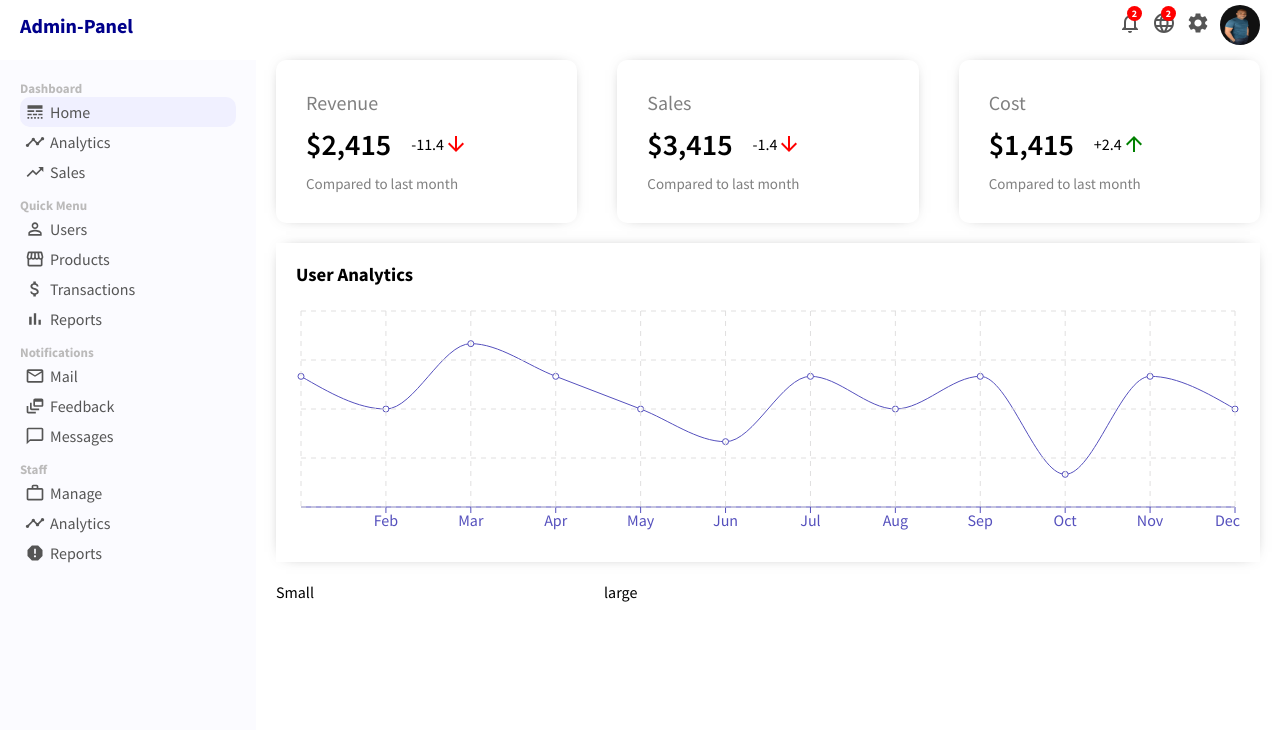
Repository: Samkiroko/admin-panel-ui
Page: /
These files come from the project's save history. The page is drawn as it stood at one moment and after the next save; the edit follows.
The browser window is 1280 px wide. The pictures show the whole page.
The project was rebuilt for these pictures with package versions that can differ from the ones it lists, and the page was loaded fresh each time.

Above is the page before, as saved 2021-09-22 21:19:27.

### public/index.html
<!DOCTYPE html>
<html lang="en">
  <head>
    <meta charset="utf-8" />

    <meta name="viewport" content="width=device-width, initial-scale=1" />
    <meta name="theme-color" content="#000000" />
    <meta
      name="description"
      content="Web site created using create-react-app"
    />
    <link rel="preconnect" href="https://fonts.googleapis.com" />
    <link rel="preconnect" href="https://fonts.gstatic.com" crossorigin />
    <link
      href="https://fonts.googleapis.com/css2?family=Source+Sans+Pro:wght@200;300;400;600;700;900&display=swap"
      rel="stylesheet"
    />

    <style>
      * {
        font-family: "Source Sans Pro", sans-serif;
        margin: 0;
      }
    </style>
    <title>React admin panel</title>
  </head>

  <body>
    <noscript>You need to enable JavaScript to run this app.</noscript>
    <div id="root"></div>
  </body>
</html>

### src/App.js
import Sidebar from './components/sidebar/Sidebar'
import Topbar from './components/topbar/Topbar'
import './app.css'
import Home from './pages/home/Home'

function App() {
  return (
    <div className='App'>
      <Topbar />
      <div className='container'>
        <Sidebar />
        <Home />
      </div>
    </div>
  )
}

export default App

### src/components/sidebar/Sidebar.js
import {
  LineStyle,
  Timeline,
  TrendingUp,
  PermIdentity,
  Storefront,
  AttachMoney,
  BarChart,
  MailOutline,
  DynamicFeed,
  ChatBubbleOutline,
  WorkOutline,
  Report,
} from '@material-ui/icons'
import React from 'react'
import './sidebar.css'

const Sidebar = () => {
  return (
    <div className='sidebar'>
      <div className='sidebarWrapper'>
        <div className='sidebarMenu'>
          <h3 className='sidebarTitle'>Dashboard</h3>
          <ul className='sidebarList'>
            <li className='sidebarListItem active'>
              <LineStyle className='sidebarIcon' />
              Home
            </li>

            <li className='sidebarListItem'>
              <Timeline className='sidebarIcon' />
              Analytics
            </li>
            <li className='sidebarListItem'>
              <TrendingUp className='sidebarIcon' />
              Sales
            </li>
          </ul>
        </div>
        <div className='sidebarMenu'>
          <h3 className='sidebarTitle'>Quick Menu</h3>
          <ul className='sidebarList'>
            <li className='sidebarListItem'>
              <PermIdentity className='sidebarIcon' />
              Users
            </li>

            <li className='sidebarListItem'>
              <Storefront className='sidebarIcon' />
              Products
            </li>

            <li className='sidebarListItem'>
              <AttachMoney className='sidebarIcon' />
              Transactions
            </li>
            <li className='sidebarListItem'>
              <BarChart className='sidebarIcon' />
              Reports
            </li>
          </ul>
        </div>
        <div className='sidebarMenu'>
          <h3 className='sidebarTitle'>Notifications</h3>
          <ul className='sidebarList'>
            <li className='sidebarListItem'>
              <MailOutline className='sidebarIcon' />
              Mail
            </li>
            <li className='sidebarListItem'>
              <DynamicFeed className='sidebarIcon' />
              Feedback
            </li>
            <li className='sidebarListItem'>
              <ChatBubbleOutline className='sidebarIcon' />
              Messages
            </li>
          </ul>
        </div>
        <div className='sidebarMenu'>
          <h3 className='sidebarTitle'>Staff</h3>
          <ul className='sidebarList'>
            <li className='sidebarListItem'>
              <WorkOutline className='sidebarIcon' />
              Manage
            </li>
            <li className='sidebarListItem'>
              <Timeline className='sidebarIcon' />
              Analytics
            </li>
            <li className='sidebarListItem'>
              <Report className='sidebarIcon' />
              Reports
            </li>
          </ul>
        </div>
      </div>
    </div>
  )
}

export default Sidebar

### src/components/topbar/Topbar.js
import React from 'react'
import './topbar.css'
import { Language, NotificationsNone, Settings } from '@material-ui/icons'
import avatar from '../../images/sam_pic.jpeg'
const Topbar = () => {
  return (
    <div className='topbar'>
      <div className='topbarWrapper'>
        <div className='topLeft'>
          <span className='logo'>Admin-Panel</span>
        </div>
        <div className='topRight'>
          <div className='topbarIconContainer'>
            <NotificationsNone />
            <span className='topIconBadge'>2</span>
          </div>
          <div className='topbarIconContainer'>
            <Language />
            <span className='topIconBadge'>2</span>
          </div>
          <div className='topbarIconContainer'>
            <Settings />
          </div>
          <img src={avatar} alt='avatar' className='topAvatar' />
        </div>
      </div>
    </div>
  )
}

export default Topbar

### src/app.css
.container {
    display: flex;
    margin-top: 10px;
}

### src/pages/home/Home.js
import React from 'react'
import Chart from '../../components/chart/Chart'
import FeatureInfo from '../../components/featuredInfo/FeatureInfo'
import './home.css'
import { userData } from '../../dummyData'
import WidgetLg from '../../components/widgetLg/WidgetLg'
import WidgetSm from '../../components/widgetSm/WidgetSm'

const Home = () => {
  return (
    <div className='home'>
      <FeatureInfo />
      <Chart data={userData} title='User Analytics' grid dataKey='Active User' />
      <div className='homeWidgets'>
        <WidgetSm />
        <WidgetLg />
      </div>
    </div>
  )
}

export default Home

### src/components/sidebar/sidebar.css
.sidebar {
    flex: 1;
    height: calc(100vh - 50px);
    background-color: rgb(251, 251, 255);
    position: sticky;
    top: 50px;
}

.sidebarWrapper {
    padding: 20px;
    color: #555;
}

.sidebarMenu {
    margin-bottom: 10px;
}

.sidebarTitle {
    font-size: 13px;
    color: rgb(187, 186, 186);
}

.sidebarList {
    list-style: none;
    padding: 0;
}

.sidebarListItem {
    padding: 5px;
    cursor: pointer;
    display: flex;
    align-items: center;
    border-radius: 10px;
}

.sidebarListItem.active,
.sidebarListItem:hover {
    background-color: rgb(240, 240, 255);
}

.sidebarIcon {
    margin-right: 5px;
    font-size: 20px !important;
}

### src/components/topbar/topbar.css
.topbar {
    width: 100%;
    height: 50px;
    background-color: white;
    position: sticky;
    top: 0;
    z-index: 999;
}

.topbarWrapper {
    height: 100%;
    padding: 0px 20px;
    display: flex;
    align-items: center;
    justify-content: space-between;
}

.logo {
    font-weight: bold;
    font-size: 20px;
    color: darkblue;
    cursor: pointer;
}

.topbarIconContainer {
    position: relative;
    align-items: center;
    margin-right: 10px;
    color: #555;
}

.topIconBadge {
    width: 15px;
    height: 15px;
    position: absolute;
    top: -5px;
    right: 0px;
    background-color: red;
    color: white;
    border-radius: 50%;
    display: flex;
    align-items: center;
    justify-content: center;
    font-size: 10px;
    font-weight: bold;
}

.topRight {
    display: flex;
    align-items: center;
    cursor: pointer;
}

.topAvatar {
    width: 40px;
    height: 40px;
    border-radius: 50%;
    cursor: pointer;
}

### src/components/chart/Chart.js
import './chart.css'
import { LineChart, Line, XAxis, CartesianGrid, Tooltip, ResponsiveContainer } from 'recharts'

export default function Chart({ title, data, dataKey, grid }) {
  return (
    <div className='chart'>
      <h3 className='chartTitle'>{title}</h3>
      <ResponsiveContainer width='100%' aspect={4 / 1}>
        <LineChart data={data}>
          <XAxis dataKey='name' stroke='#5550bd' />
          <Line type='monotone' dataKey={dataKey} stroke='#5550bd' />
          <Tooltip />
          {grid && <CartesianGrid stroke='#e0dfdf' strokeDasharray='5 5' />}
        </LineChart>
      </ResponsiveContainer>
    </div>
  )
}

### src/components/featuredInfo/FeatureInfo.js
import { ArrowDownward, ArrowUpward } from '@material-ui/icons'
import React from 'react'
import './featureInfo.css'

const FeatureInfo = () => {
  return (
    <div className='featured'>
      <div className='featuredItem'>
        <span className='featuredTitle'>Revenue</span>
        <div className='featuredMoneyContainer'>
          <span className='featuredMoney'>$2,415</span>
          <span className='featuredMoneyRate'>
            -11.4
            <ArrowDownward className='featuredIcon negative' />
          </span>
        </div>
        <span className='featuredSub'>Compared to last month</span>
      </div>
      <div className='featuredItem'>
        <span className='featuredTitle'>Sales</span>
        <div className='featuredMoneyContainer'>
          <span className='featuredMoney'>$3,415</span>
          <span className='featuredMoneyRate'>
            -1.4
            <ArrowDownward className='featuredIcon negative' />
          </span>
        </div>
        <span className='featuredSub'>Compared to last month</span>
      </div>{' '}
      <div className='featuredItem'>
        <span className='featuredTitle'>Cost</span>
        <div className='featuredMoneyContainer'>
          <span className='featuredMoney'>$1,415</span>
          <span className='featuredMoneyRate'>
            +2.4
            <ArrowUpward className='featuredIcon ' />
          </span>
        </div>
        <span className='featuredSub'>Compared to last month</span>
      </div>
    </div>
  )
}

export default FeatureInfo

### src/dummyData.js
export const userData = [
  {
    name: 'Jan',
    'Active User': 4000,
  },
  {
    name: 'Feb',
    'Active User': 3000,
  },
  {
    name: 'Mar',
    'Active User': 5000,
  },
  {
    name: 'Apr',
    'Active User': 4000,
  },
  {
    name: 'May',
    'Active User': 3000,
  },
  {
    name: 'Jun',
    'Active User': 2000,
  },
  {
    name: 'Jul',
    'Active User': 4000,
  },
  {
    name: 'Aug',
    'Active User': 3000,
  },
  {
    name: 'Sep',
    'Active User': 4000,
  },
  {
    name: 'Oct',
    'Active User': 1000,
  },
  {
    name: 'Nov',
    'Active User': 4000,
  },
  {
    name: 'Dec',
    'Active User': 3000,
  },
]

export const productData = [
  {
    name: 'Jan',
    Sales: 4000,
  },
  {
    name: 'Feb',
    Sales: 3000,
  },
  {
    name: 'Mar',
    Sales: 5000,
  },
]

export const userRows = [
  {
    id: 1,
    username: 'Jon Snow',
    avatar: 'https://images.pexels.com/photos/1152994/pexels-photo-1152994.jpeg?auto=compress&cs=tinysrgb&dpr=2&w=500',
    email: 'jon@gmail.com',
    status: 'active',
    transaction: '$120.00',
  },
  {
    id: 2,
    username: 'Jon Snow',
    avatar: 'https://images.pexels.com/photos/1152994/pexels-photo-1152994.jpeg?auto=compress&cs=tinysrgb&dpr=2&w=500',
    email: 'jon@gmail.com',
    status: 'active',
    transaction: '$120.00',
  },
  {
    id: 3,
    username: 'Jon Snow',
    avatar: 'https://images.pexels.com/photos/1152994/pexels-photo-1152994.jpeg?auto=compress&cs=tinysrgb&dpr=2&w=500',
    email: 'jon@gmail.com',
    status: 'active',
    transaction: '$120.00',
  },
  {
    id: 4,
    username: 'Jon Snow',
    avatar: 'https://images.pexels.com/photos/1152994/pexels-photo-1152994.jpeg?auto=compress&cs=tinysrgb&dpr=2&w=500',
    email: 'jon@gmail.com',
    status: 'active',
    transaction: '$120.00',
  },
  {
    id: 5,
    username: 'Jon Snow',
    avatar: 'https://images.pexels.com/photos/1152994/pexels-photo-1152994.jpeg?auto=compress&cs=tinysrgb&dpr=2&w=500',
    email: 'jon@gmail.com',
    status: 'active',
    transaction: '$120.00',
  },
  {
    id: 6,
    username: 'Jon Snow',
    avatar: 'https://images.pexels.com/photos/1152994/pexels-photo-1152994.jpeg?auto=compress&cs=tinysrgb&dpr=2&w=500',
    email: 'jon@gmail.com',
    status: 'active',
    transaction: '$120.00',
  },
  {
    id: 7,
    username: 'Jon Snow',
    avatar: 'https://images.pexels.com/photos/1152994/pexels-photo-1152994.jpeg?auto=compress&cs=tinysrgb&dpr=2&w=500',
    email: 'jon@gmail.com',
    status: 'active',
    transaction: '$120.00',
  },
  {
    id: 8,
    username: 'Jon Snow',
    avatar: 'https://images.pexels.com/photos/1152994/pexels-photo-1152994.jpeg?auto=compress&cs=tinysrgb&dpr=2&w=500',
    email: 'jon@gmail.com',
    status: 'active',
    transaction: '$120.00',
  },
  {
    id: 9,
    username: 'Jon Snow',
    avatar: 'https://images.pexels.com/photos/1152994/pexels-photo-1152994.jpeg?auto=compress&cs=tinysrgb&dpr=2&w=500',
    email: 'jon@gmail.com',
    status: 'active',
    transaction: '$120.00',
  },
  {
    id: 10,
    username: 'Jon Snow',
    avatar: 'https://images.pexels.com/photos/1152994/pexels-photo-1152994.jpeg?auto=compress&cs=tinysrgb&dpr=2&w=500',
    email: 'jon@gmail.com',
    status: 'active',
    transaction: '$120.00',
  },
]

export const productRows = [
  {
    id: 1,
    name: 'Apple Airpods',
    img: 'https://images.pexels.com/photos/7156886/pexels-photo-7156886.jpeg?auto=compress&cs=tinysrgb&dpr=2&w=500',
    stock: 123,
    status: 'active',
    price: '$120.00',
  },
  {
    id: 2,
    name: 'Apple Airpods',
    img: 'https://images.pexels.com/photos/7156886/pexels-photo-7156886.jpeg?auto=compress&cs=tinysrgb&dpr=2&w=500',
    stock: 123,
    status: 'active',
    price: '$120.00',
  },
  {
    id: 3,
    name: 'Apple Airpods',
    img: 'https://images.pexels.com/photos/7156886/pexels-photo-7156886.jpeg?auto=compress&cs=tinysrgb&dpr=2&w=500',
    stock: 123,
    status: 'active',
    price: '$120.00',
  },
  {
    id: 4,
    name: 'Apple Airpods',
    img: 'https://images.pexels.com/photos/7156886/pexels-photo-7156886.jpeg?auto=compress&cs=tinysrgb&dpr=2&w=500',
    stock: 123,
    status: 'active',
    price: '$120.00',
  },
  {
    id: 5,
    name: 'Apple Airpods',
    img: 'https://images.pexels.com/photos/7156886/pexels-photo-7156886.jpeg?auto=compress&cs=tinysrgb&dpr=2&w=500',
    stock: 123,
    status: 'active',
    price: '$120.00',
  },
  {
    id: 6,
    name: 'Apple Airpods',
    img: 'https://images.pexels.com/photos/7156886/pexels-photo-7156886.jpeg?auto=compress&cs=tinysrgb&dpr=2&w=500',
    stock: 123,
    status: 'active',
    price: '$120.00',
  },
  {
    id: 7,
    name: 'Apple Airpods',
    img: 'https://images.pexels.com/photos/7156886/pexels-photo-7156886.jpeg?auto=compress&cs=tinysrgb&dpr=2&w=500',
    stock: 123,
    status: 'active',
    price: '$120.00',
  },
  {
    id: 8,
    name: 'Apple Airpods',
    img: 'https://images.pexels.com/photos/7156886/pexels-photo-7156886.jpeg?auto=compress&cs=tinysrgb&dpr=2&w=500',
    stock: 123,
    status: 'active',
    price: '$120.00',
  },
  {
    id: 9,
    name: 'Apple Airpods',
    img: 'https://images.pexels.com/photos/7156886/pexels-photo-7156886.jpeg?auto=compress&cs=tinysrgb&dpr=2&w=500',
    stock: 123,
    status: 'active',
    price: '$120.00',
  },
  {
    id: 10,
    name: 'Apple Airpods',
    img: 'https://images.pexels.com/photos/7156886/pexels-photo-7156886.jpeg?auto=compress&cs=tinysrgb&dpr=2&w=500',
    stock: 123,
    status: 'active',
    price: '$120.00',
  },
]

### src/components/widgetLg/WidgetLg.js
import React from 'react'
import './widgetLg.css'

const WidgetLg = () => {
  return <div className='widgetLg'>large</div>
}

export default WidgetLg

### src/components/widgetSm/WidgetSm.js
import React from 'react'
import './widgetSm.css'

const WidgetSm = () => {
  return <div className='widgetSg'>Small</div>
}

export default WidgetSm

### src/components/chart/chart.css
.chart {
    margin: 20px;
    padding: 20px;
    cursor: pointer;
    -webkit-box-shadow: 0px 0px 15px -10px rgba(0, 0, 0, 0.75);
    box-shadow: 0px 0px 15px -10px rgba(0, 0, 0, 0.75);
}

.chartTitle {
    margin-bottom: 20px;
}

### src/components/featuredInfo/featureInfo.css
.featured {
    width: 100%;
    display: flex;
    justify-content: space-between;
}

.featuredItem {
    flex: 1;
    margin: 0px 20px;
    padding: 30px;
    border-radius: 10px;
    cursor: pointer;
    -webkit-box-shadow: 0px 0px 15px -10px rgba(0, 0, 0, 0.75);
    box-shadow: 0px 0px 15px -10px rgba(0, 0, 0, 0.75);
}

.featuredTitle {
    font-size: 20px;
    color: gray;
}

.featuredMoneyContainer {
    margin: 10px 0px;
    display: flex;
    align-items: center;
}

.featuredMoney {
    font-size: 30px;
    font-weight: 600;
}

.featuredMoneyRate {
    display: flex;
    align-items: center;
    margin-left: 20px;
}

.featuredIcon {
    font-size: 14px;
    margin-right: 5px;
    color: green;
}

.featuredIcon.negative {
    color: red;
}

.featuredSub {
    font-size: 15px;
    color: gray;
}

### src/components/widgetLg/widgetLg.css
.widgetLg {
    flex: 2;
}

### src/components/widgetSm/widgetSm.css
.widgetSg {
    flex: 1;
}

Loaded but not shown: src/index.js (common file); src/index.css (common file); src/pages/home/home.css (common file)

After the next save:
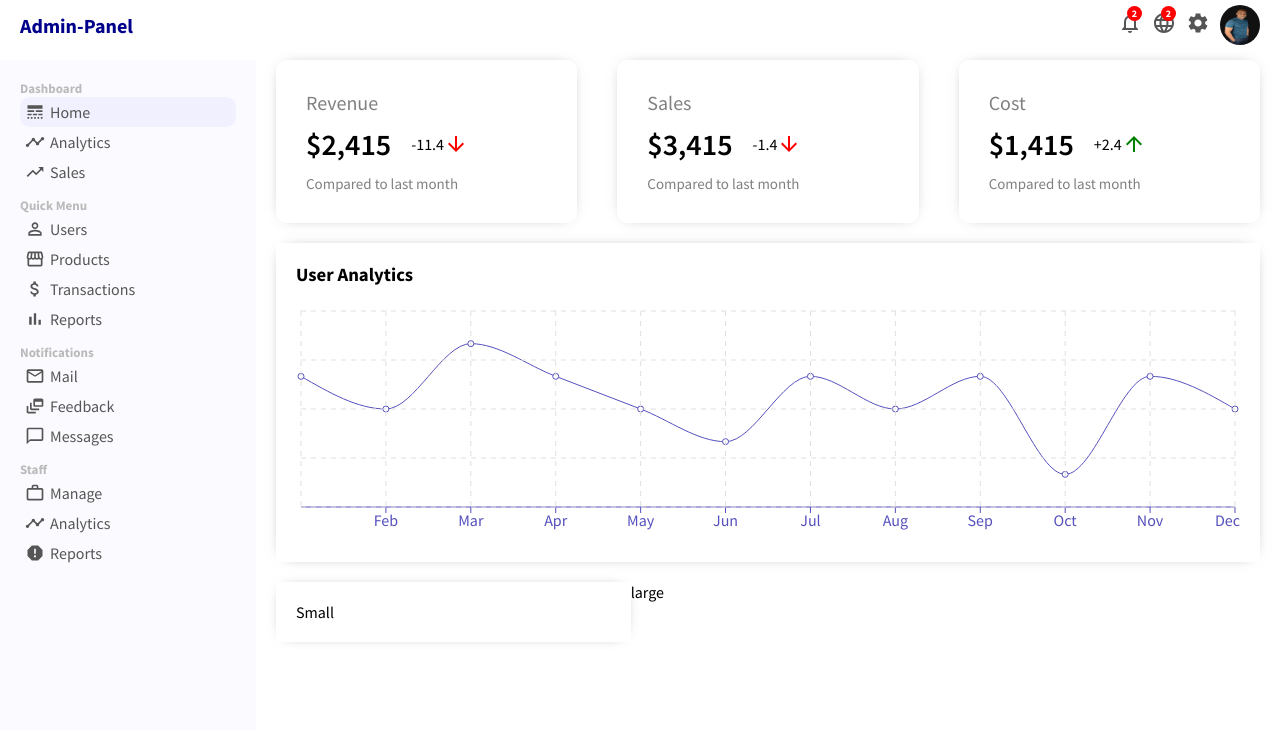
Saved 69 s later.
--- a/src/components/widgetSm/widgetSm.css
+++ b/src/components/widgetSm/widgetSm.css
@@ -1,3 +1,6 @@
 .widgetSg {
     flex: 1;
+    padding: 20px;
+    -webkit-box-shadow: 0px 0px 15px -10px rgba(0, 0, 0, 0.75);
+    box-shadow: 0px 0px 15px -10px rgba(0, 0, 0, 0.75);
 }
